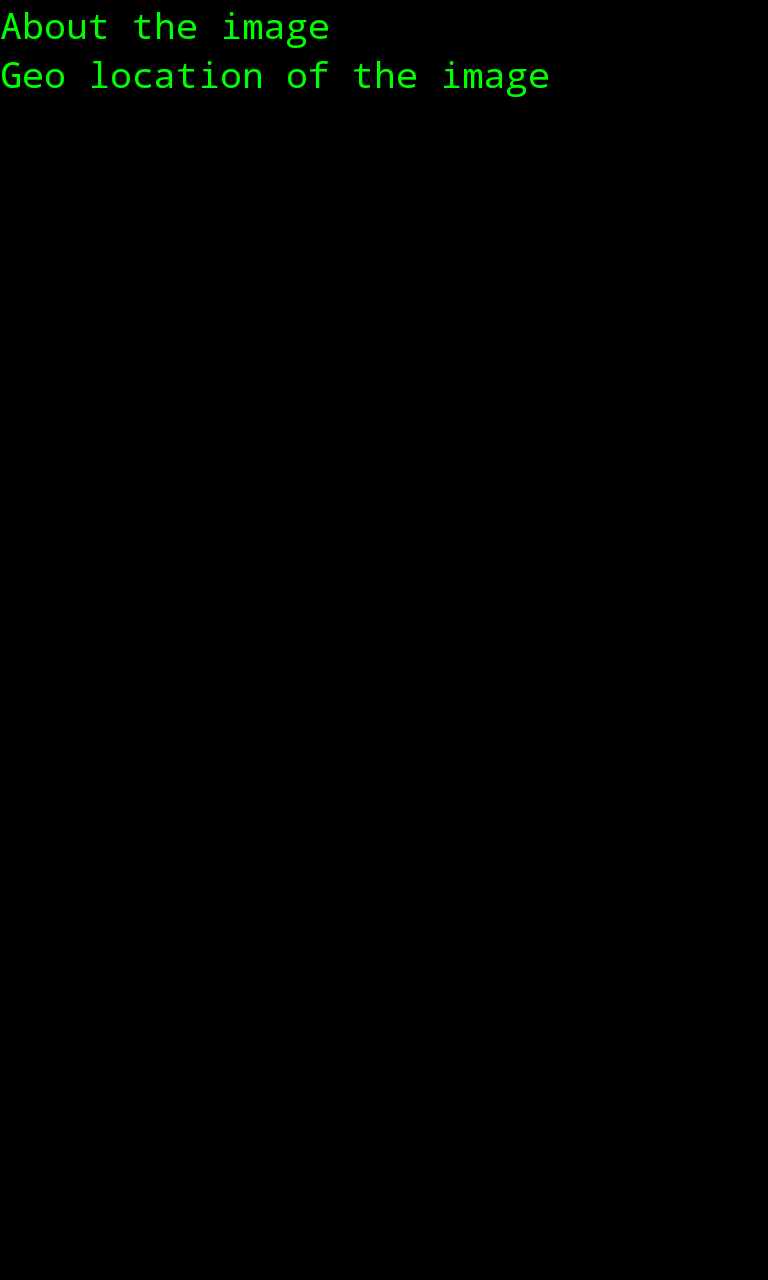
Repository: kishoreyekkanti/TimeTravel
Layout: TimeTravel/res/layout/image_view.xml
These files come from the project's save history. The layout is drawn as it stood at one moment and after the next save; the edit follows.
It is drawn on a 768 x 1280 px phone screen (xhdpi) without system bars, with theme android:Theme.NoTitleBar; the app's code is not run.

Above is the layout before, as saved 2010-10-31 18:13:56.

After the next save:
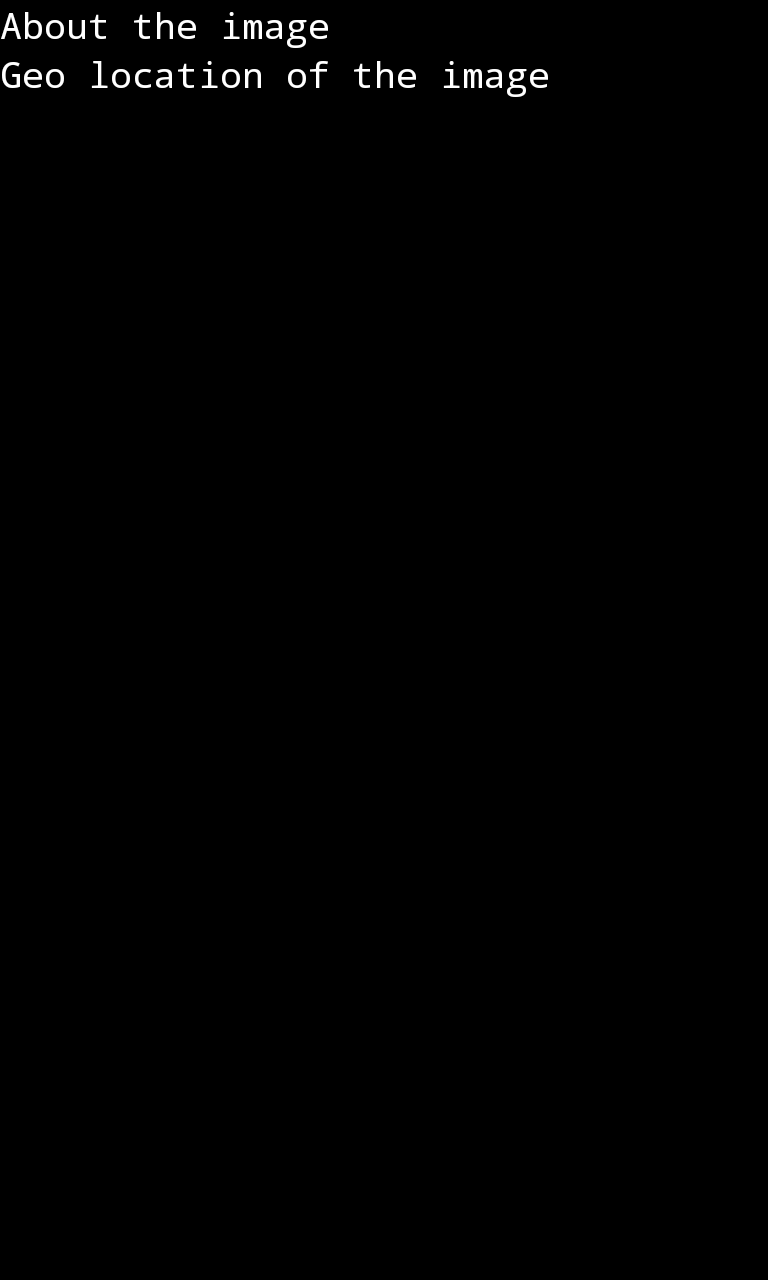
Saved 8 min 31 s later.
--- a/TimeTravel/res/values/styles.xml
+++ b/TimeTravel/res/values/styles.xml
@@ -3,7 +3,6 @@
     <style name="textStyle" parent="@android:style/TextAppearance.Medium">
         <item name="android:layout_width">fill_parent</item>
         <item name="android:layout_height">wrap_content</item>
-        <item name="android:textColor">#00FF00</item>
         <item name="android:typeface">monospace</item>
     </style>
 </resources>
